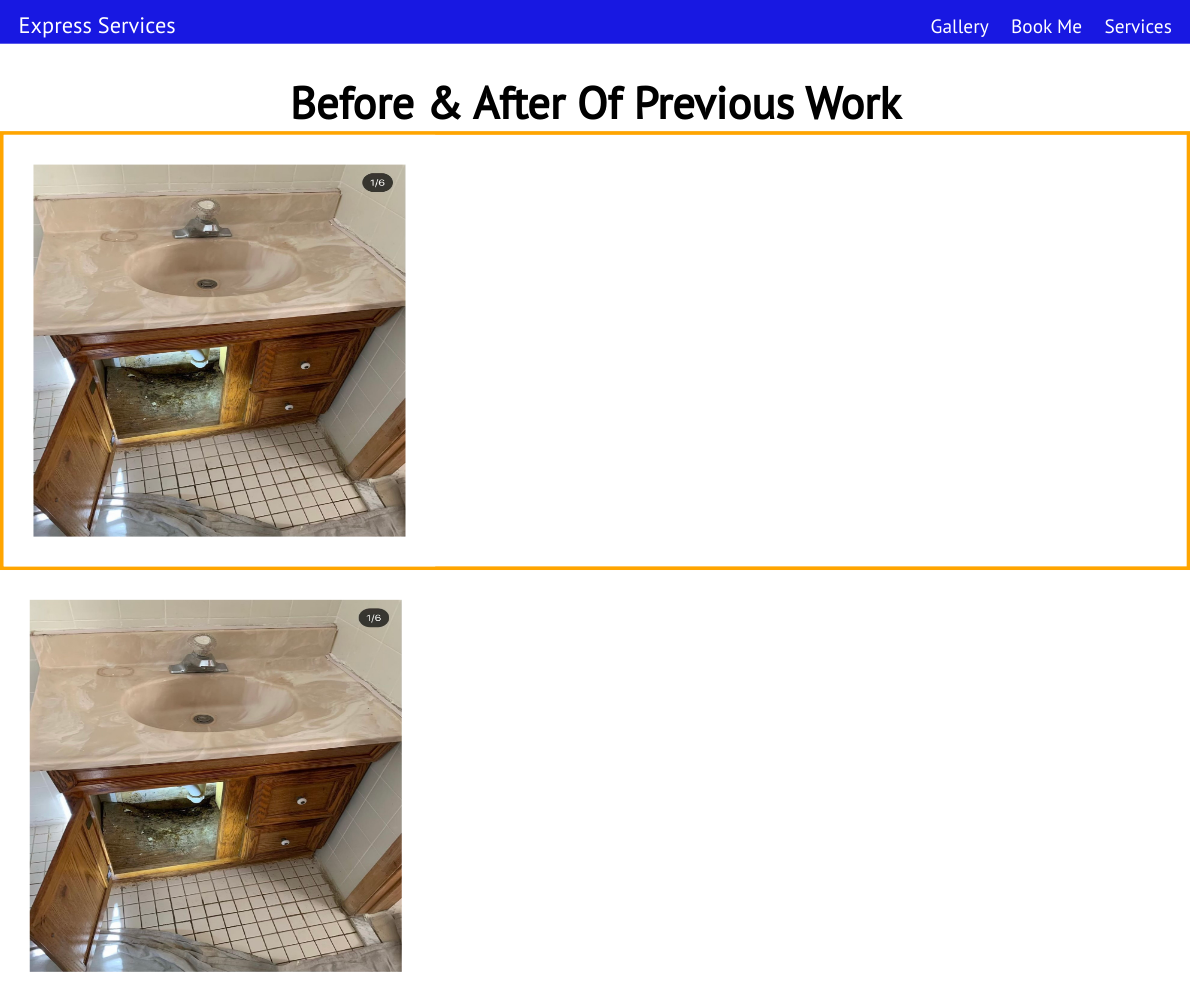
Repository: DrummerDee/mir-miami
Page: /Gallery (app in mr-miami/)
The author's editor kept a copy of each file at every save. The page is drawn from the files as they stood at one save, then again after the next save.
The browser window is 1280 px wide. The pictures show the whole page, at 93% of full size.
The project was rebuilt for these pictures with package versions that can differ from the ones it lists, and the page was loaded fresh each time. Also part of the build but not shown: mr-miami/src/Styles/Services.css, mr-miami/src/Components/Services.js, mr-miami/src/Components/Homepage.js, mr-miami/src/Styles/Calendar.css, mr-miami/src/Styles/Times.css, mr-miami/src/Components/Times.js, mr-miami/src/Components/Time.js, mr-miami/src/Components/BookMe.js.

Above is the page before, as saved 2022-09-08 22:26:40.

After the next save:
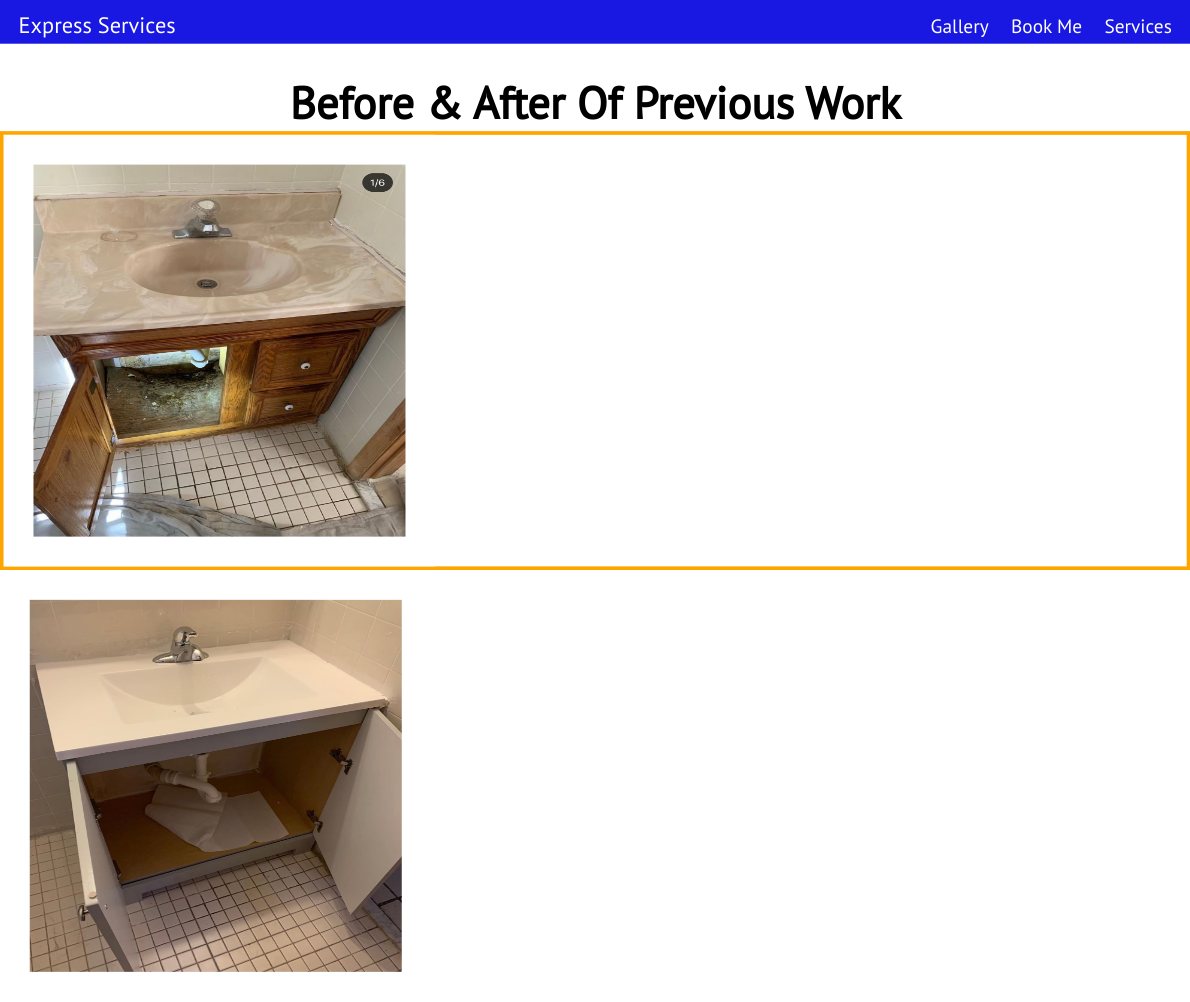
Saved 8 s later.
--- a/mr-miami/src/Components/Gallery.js
+++ b/mr-miami/src/Components/Gallery.js
@@ -28,7 +28,7 @@ function Gallery() {
                 </div>
                     <div className='box'>
                     <LazyLoadImage
-                            src={sinkbefore}
+                            src={sinkafter}
                             width={400}
                             height={400}
                             effect = 'blur'
